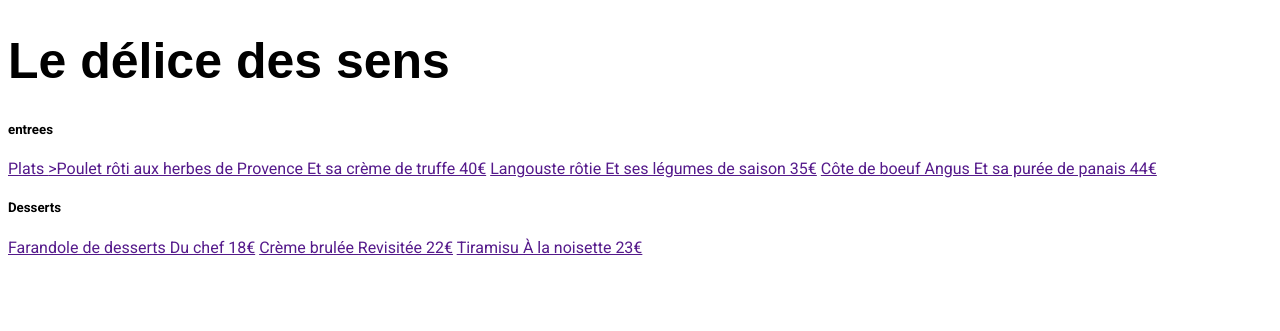
Repository: lysianebo/OHMYFOOD
Page: Le_délice_des sens.html
An editor plug-in stored every save of this project. The page is shown before and after the next save, followed by the edit.
The browser window is 1280 px wide. The pictures show the whole page.
Some web fonts or font styles are not loaded; a fallback is used. Some web libraries are served in a nearby version.

Above is the page before, as saved 2022-10-22 16:15:22.

After the next save:
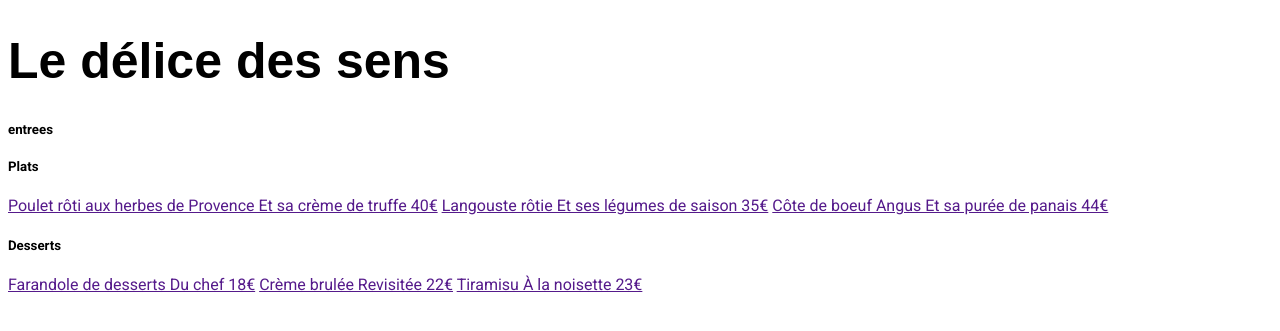
Saved 8 s later.
--- a/Le_délice_des sens.html
+++ b/Le_délice_des sens.html
@@ -22,10 +22,10 @@
 
     <a href="" class="btn grey"Velouté de cèpes
     Aux truffes
-    20€
+    20€</a></a>
 
     <h5>Plats</h5>
-    <a href="" class="btn grey">>Poulet rôti aux herbes de Provence
+    <a href="" class="btn grey">Poulet rôti aux herbes de Provence
     Et sa crème de truffe
     40€</a></a>
 
